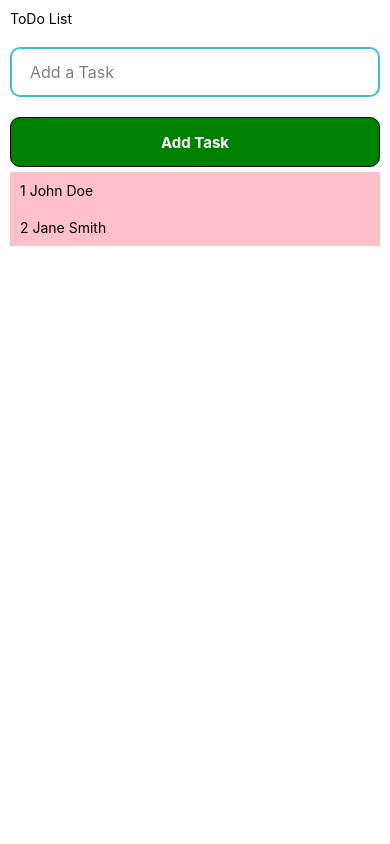
Repository: raisingh22/Projects
Screen: /
An editor plug-in stored every save of this project. The screen is shown before and after a run of saves, followed by the edit.
The app was drawn by React Native's web renderer in a window 390 px wide. The project was rebuilt for these pictures with package versions that can differ from the ones it lists, and the page was loaded fresh each time.

Above is the screen before, as saved 2024-01-21 19:16:42.

### App.js
import { View, Text, SafeAreaView } from 'react-native'
import React from 'react'
import ToDo from './src/ToDoList/screens/ToDo'

const App = () => {
  return (
   <SafeAreaView style={{
    flex:1
   }}>
     <ToDo/>
   </SafeAreaView>
  )
}

export default App

### src/ToDoList/screens/ToDo.js
import {StyleSheet, Text, TextInput, View} from 'react-native';
import React from 'react';
import MyBtn from '../../components/MyBtn';
import MyFlatList from '../../components/MyFlatList';

const DummyData = [
  {
    id: '1',
    name: 'John Doe',
  },
  {
    id: '2',
    name: 'Jane Smith',
  },
];
const ToDo = () => {
  return (
    <View
      style={{
        margin: 10,
      }}>
      <Text>ToDo List</Text>
      <TextInput
        placeholder="Add a Task"
        placeholderTextColor={'grey'}
        style={styles.textInput}
      />
      <MyBtn
        text={'Add Task'}
        btnStyle={{backgroundColor: 'green'}}
        textStyle={{
          fontSize: 15,
          fontWeight: 'bold',
        }}
      />
      <MyFlatList
        data={DummyData}
        // bounces={false}
        renderItem={(item, index) => (
          <View
            style={{
              flexDirection: 'row',
              justifyContent: 'space-between',
              alignItems: 'center',
              backgroundColor: 'pink',
              padding:10
            }}>
            <Text>
              {item.id} {item.name}
            </Text>
          </View>
        )}
      />
    </View>
  );
};

export default ToDo;

const styles = StyleSheet.create({
  textInput: {
    width: '100%',
    height: 50,
    marginVertical: 20,
    borderWidth: 2,
    paddingVertical: 14,
    paddingHorizontal: 18,
    fontSize: 16,
    borderColor: '#40bdd4',
    borderRadius: 10,
  },
});

### src/components/MyBtn.js
import {StyleSheet, Text, TouchableOpacity, View} from 'react-native';
import React from 'react';

const MyBtn = ({text, onPress, btnStyle , textStyle}) => {
  return (
    <TouchableOpacity style={[styles.btn, btnStyle]} onPress={onPress}>
      <Text style={[styles.btnText, textStyle]} >{text}</Text>
    </TouchableOpacity>
  );
};

export default MyBtn;

const styles = StyleSheet.create({
  btn: {
    width: '100%',
    height: 50,
    backgroundColor: 'black',
    borderWidth: 1,
    borderRadius: 10,
    alignItems: 'center',
    justifyContent: 'center',
  },
  btnText: {
    color: 'white',
    // You can add more text styles here if needed
  },
});

### src/components/MyFlatList.js
import {FlatList, StyleSheet, Text, View} from 'react-native';
import React from 'react';

const MyFlatList = ({data, renderItem = (item, index) => {},bounces}) => {
  return (
    <FlatList
    bounces={bounces}
      data={data}
      renderItem={({item, index}) => renderItem(item, index)}
      keyExtractor={item => item.id.toString()}
      style={styles.list}
    />
  );
};

export default MyFlatList;

const styles = StyleSheet.create({
    list: {
        marginVertical:5,
        // flex: 1, // Example: Expand the FlatList to fill available space
        backgroundColor: 'lightgray', // Example: Set background color
        height:"50%"
      },
});

After the next 6 saves:
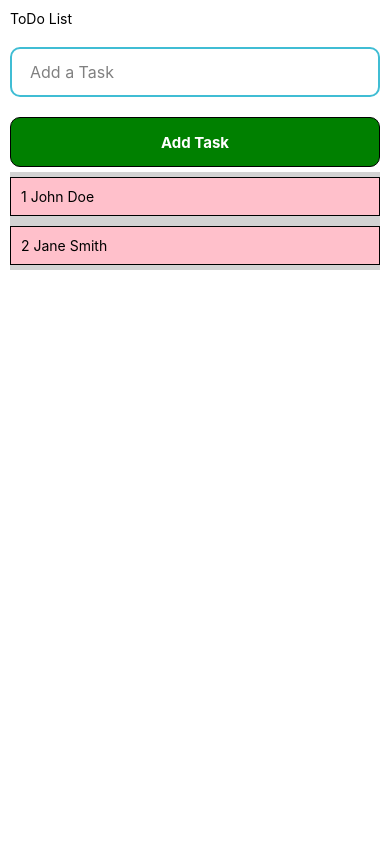
The 6 saves are shown as one change because 1 did not build or start and some came seconds apart.
The last was saved 16 s later.
--- a/src/ToDoList/screens/ToDo.js
+++ b/src/ToDoList/screens/ToDo.js
@@ -43,7 +43,9 @@ const ToDo = () => {
               justifyContent: 'space-between',
               alignItems: 'center',
               backgroundColor: 'pink',
-              padding:10
+              padding:10,
+              borderWidth:1,
+              marginVertical:5
             }}>
             <Text>
               {item.id} {item.name}
